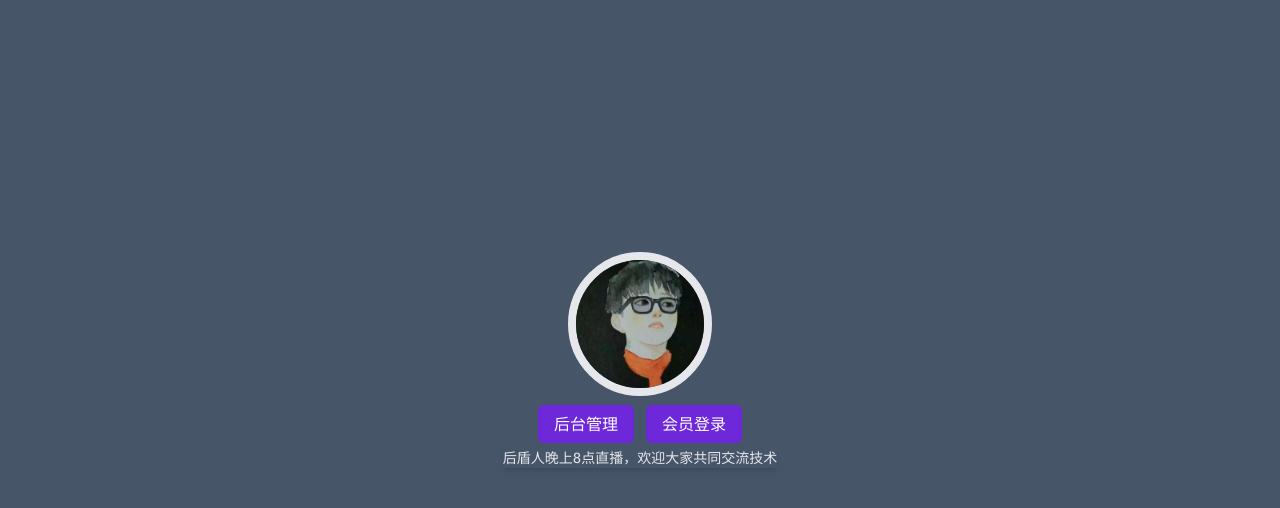
Repository: liangyingbo/vite-vue-TS
Page: /#/home
The author's editor kept a copy of each file at every save. The page is drawn from the files as they stood at one save, then again after the next save.
The browser window is 1280 px wide. The pictures show the whole page.
The project was rebuilt for these pictures with package versions that can differ from the ones it lists, and the page was loaded fresh each time. Also part of the build but not shown: vite.config.ts, src/components/form/HdButton.vue, src/components/form/HdInput.vue, src/components/form/hdLink.vue.

Above is the page before, as saved 2022-11-16 22:25:34.

After the next save:
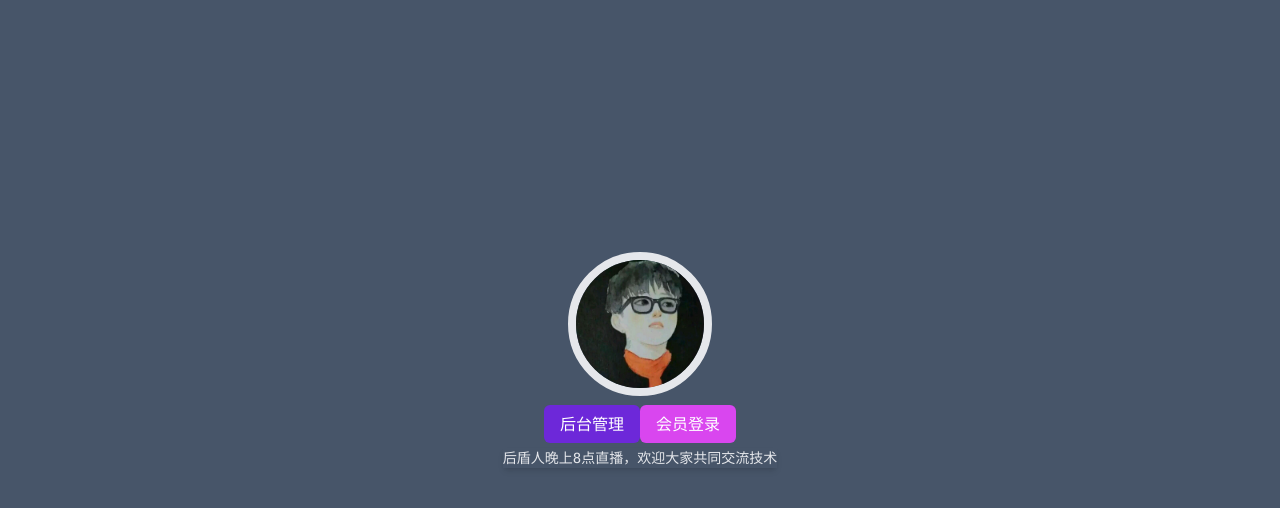
Saved 20 s later.
--- a/src/views/home.vue
+++ b/src/views/home.vue
@@ -10,7 +10,7 @@
       <router-link :to="{ name: 'admin.hd' }" class="hd-button mt-4"
         >后台管理</router-link
       >
-      <router-link to="" class="hd-button ml-3">会员登录</router-link>
+      <router-link to="" class="hd-button hd-danger">会员登录</router-link>
     </div>
 
     <span class="text-gray-200 text-sm mt-3 font-mono shadow-md"
